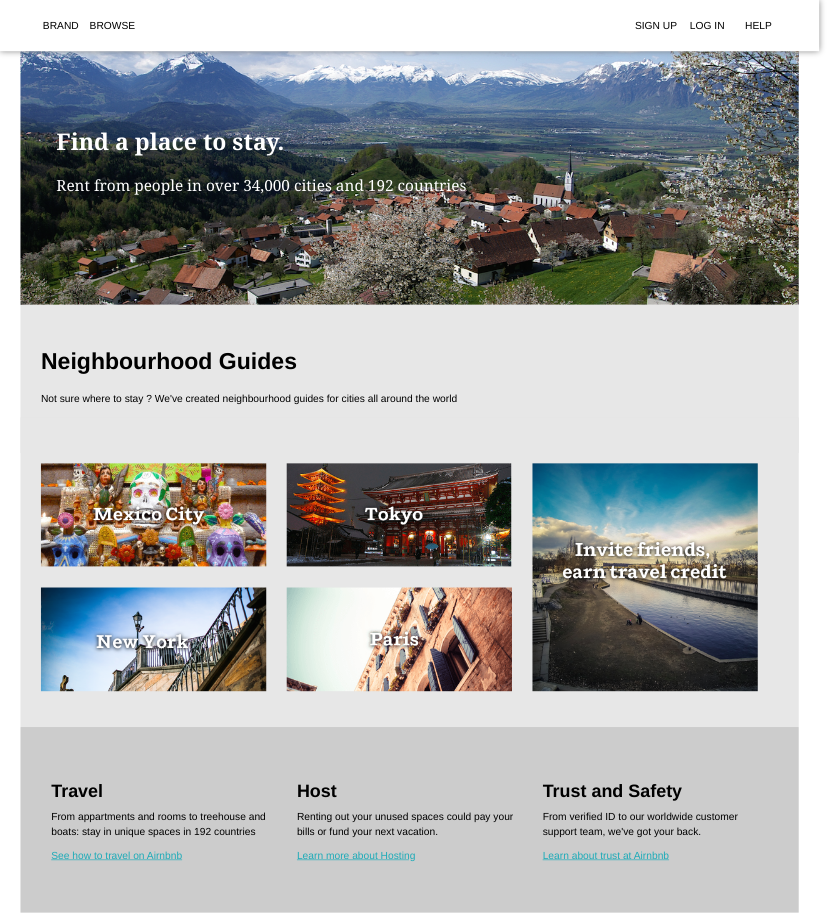
Repository: Naohonproject/web101x02-asm3
Page: Project3.html
An editor plug-in stored every save of this project. The page is shown before and after the next save, followed by the edit.
The browser window is 1280 px wide. The page is 1280 px wide, then 1304 px, then 1280 px, so the pictures cover 1304 px, including what lies to the right of the window. The pictures show the whole page, at 64% of full size.

Above is the page before, as saved 2022-01-22 18:01:29.

### Project3.html
<!-- @format -->

<!DOCTYPE html>
<html lang="en">
	<head>
		<meta charset="UTF-8" />
		<meta http-equiv="X-UA-Compatible" content="IE=edge" />
		<meta name="viewport" content="width=device-width, initial-scale=1.0" />
		<link rel="stylesheet" href="./assets/css/style.css" />

		<link rel="stylesheet" href="./assets/css/layout.css" />
		<link rel="stylesheet" href="./assets/css/responsive.css" />
		<title>Home</title>
	</head>
	<body id="web-container">
		<header id="header">
			<div class="header-wrapper">
				<div class="nav-bar">
					<div class="left-col">
						<div class="nav-item ml">
							<a href="#">Brand</a>
						</div>

						<div class="nav-item ml">
							<a href="#">Browse</a>
						</div>
					</div>

					<div class="right-col">
						<div class="nav-item ml">
							<a href="Signup.html" target="_blank">Sign Up</a>
						</div>

						<div class="nav-item ml">
							<a href="login.html" target="_blank">Log In</a>
						</div>

						<div class="nav-item ml mr">
							<a href="#" target="_blank">Help</a>
						</div>
					</div>
				</div>
			</div>
		</header>

		<div id="main" class="p-32">
			<div id="banner">
				<div class="banner-wrapper">
					<div class="content-heading">
						<h1 class="bold-text white-text">Find a place to stay.</h1>
					</div>
					<div class="content-desc">
						<p class="white-text">
							Rent from people in over 34,000 cities and 192 countries
						</p>
					</div>
				</div>
			</div>

			<div id="section">
				<div class="section-wrapper">
					<div class="section-heading">
						<h2 class="bold-text">Neighbourhood Guides</h2>
					</div>
					<div class="section-desc">
						<p>
							Not sure where to stay ? We've created neighbourhood guides for
							cities all around the world
						</p>
					</div>
				</div>
			</div>

			<div id="img-list">
				<div class="img-list-wrapper row">
					<div class="image-block col-tablet-6 col-desktop-4">
						<img
							src="./assets/img/web101x-Mexico City.png"
							alt="Mexico City"
							width="360"
						/>
						<img
							src="./assets/img/web101x-New York.png"
							alt="New York City"
							width="360"
						/>
					</div>
					<div class="image-block col-tablet-6 col-desktop-4">
						<img
							src="./assets/img/web101x-Tokyo.png"
							alt="Tokyo City"
							width="360"
						/>
						<img
							src="./assets/img/web101x-Paris.png"
							alt="Paris City"
							width="360"
						/>
					</div>
					<div class="image-block col-tablet-6 col-desktop-4">
						<img
							src="./assets/img/web101x-Invitation.png"
							alt="Invitation image"
							width="360"
						/>
					</div>
				</div>
			</div>
		</div>

		<footer id="footer" class="p-32">
			<div class="footer-wrapper row">
				<div class="footer-block col-desktop-4">
					<h3 class="bold-text">Travel</h3>
					<p>
						From appartments and rooms to treehouse and boats: stay in unique
						spaces in 192 countries
					</p>
					<a href="#">See how to travel on Airnbnb</a>
				</div>

				<div class="footer-block col-desktop-4">
					<h3 class="bold-text">Host</h3>
					<p>
						Renting out your unused spaces could pay your bills or fund your
						next vacation.
					</p>
					<a href="#">Learn more about Hosting</a>
				</div>

				<div class="footer-block col-desktop-4">
					<h3 class="bold-text">Trust and Safety</h3>
					<p>
						From verified ID to our worldwide customer support team, we've got
						your back.
					</p>
					<a href="#">Learn about trust at Airnbnb</a>
				</div>
			</div>
		</footer>
	</body>
</html>

### assets/css/style.css
/**
 * /* ======reset css======
 *
 * @format
 */

*,
::before,
::after {
	padding: 0;
	margin: 0;
	box-sizing: border-box;
	list-style-type: none;
	text-decoration: none;
	color: #000;
}

html {
	font-family: "Helvetica Neue", Helvetica, Arial;
}

.header-wrapper {
	font-size: 16px;
}

.nav-bar a {
	color: #fff;
	text-transform: uppercase;
}

img:hover {
	animation: shake 0.8s;
	animation-iteration-count: infinite;
}

@keyframes shake {
	0% {
		transform: translate(1px, 1px) rotate(0deg);
	}
	10% {
		transform: translate(-1px, -2px) rotate(-1deg);
	}
	20% {
		transform: translate(-3px, 0px) rotate(1deg);
	}
	30% {
		transform: translate(3px, 2px) rotate(0deg);
	}
	40% {
		transform: translate(1px, -1px) rotate(1deg);
	}
	50% {
		transform: translate(-1px, 2px) rotate(-1deg);
	}
	60% {
		transform: translate(-3px, 1px) rotate(0deg);
	}
	70% {
		transform: translate(3px, 1px) rotate(-1deg);
	}
	80% {
		transform: translate(-1px, -1px) rotate(1deg);
	}
	90% {
		transform: translate(1px, 2px) rotate(0deg);
	}
	100% {
		transform: translate(1px, -2px) rotate(-1deg);
	}
}

### assets/css/layout.css
/** @format */

.ml {
	margin-left: 10px;
}

.mr {
	margin-right: 10px;
}

.row {
	display: flex;
	flex-direction: row;
	flex-wrap: wrap;
}

.bold-text {
	font-size: 36px;
	font-weight: bold;
}

.row > * {
	width: 100%;
	max-width: 100%;
	flex-shrink: 0;
}

.col-1 {
	width: 8.33%;
}
.col-2 {
	width: 16.66%;
}
.col-3 {
	width: 25%;
}
.col-4 {
	width: 33.33%;
}
.col-5 {
	width: 41.66%;
}
.col-6 {
	width: 50%;
}
.col-7 {
	width: 58.33%;
}
.col-8 {
	width: 66.66%;
}
.col-9 {
	width: 75%;
}
.col-10 {
	width: 83.33%;
}
.col-11 {
	width: 91.66%;
}
.col-12 {
	width: 100%;
}

#header {
	width: 100%;
	height: 80px;
	background-color: #60646d;
	background-clip: border-box;
	position: fixed;
	left: 0;
	top: 0;
	z-index: 1;
}

.nav-bar {
	display: flex;
	flex-direction: row;
	flex-wrap: no-wrap;
	align-items: center;
	justify-content: space-evenly;
	padding: 0 20px;
}

.nav-item {
	width: 70px;
	height: 80px;
	padding: 32px 0;
	text-align: center;
}

.left-col {
	display: flex;
	flex: 2;
	flex-direction: row;
	justify-content: space-around;
	align-items: center;
}

.right-col {
	display: flex;
	flex: 3;
	flex-direction: row;
	justify-content: space-around;
	align-items: center;
}

#main {
	margin-top: 80px;
}

#main,
#footer {
	padding: 32px;
}

#banner {
	width: 100%;
	background-color: #fff;
	color: #000;
	position: relative;
	top: 0;
	left: 0;
}

div[class*="-heading"] {
	padding-top: 36px;
}

div[class*="-desc"] {
	margin-top: 16px;
}

#section {
	margin-top: 42px;
}

#img-list {
	width: 100%;
}

.img-list-wrapper {
	padding: 24px 0;
	margin: 0 auto;
}

#img-list img {
	width: 100%;
	margin-top: 56px;
}

.footer-block {
	padding: 24px 0;
}

.footer-block > * {
	padding: 16px 0;
}

#footer a {
	color: #2cc990;
	text-decoration: underline;
}

### assets/css/responsive.css
/**
 * /* ========responsive for tablet==============
 *
 * @format
 */

@media screen and (min-width: 768px) {
	#header {
		background-color: #60646d;
	}

	.nav-bar {
		padding: 0 28px;
	}

	.left-col {
		justify-content: flex-start;
	}

	.right-col {
		justify-content: flex-end;
	}

	.ml {
		margin-left: 14px;
	}

	.mr {
		margin-right: 14px;
	}

	.img-list-wrapper {
		margin: 0 -24px;
	}

	.col-tablet-1 {
		width: 8.33%;
	}
	.col-tablet-2 {
		width: 16.66%;
	}
	.col-tablet-3 {
		width: 25%;
	}
	.col-tablet-4 {
		width: 33.33%;
	}
	.col-tablet-5 {
		width: 41.66%;
	}
	.col-tablet-6 {
		width: 50%;
		padding: 0 24px;
	}
	.col-tablet-7 {
		width: 58.33%;
	}
	.col-tablet-8 {
		width: 66.66%;
	}
	.col-tablet-9 {
		width: 75%;
	}
	.col-tablet-10 {
		width: 83.33%;
	}
	.col-tablet-11 {
		width: 91.66%;
	}
	.col-tablet-12 {
		width: 100%;
	}

	#footer p {
		padding-top: 0;
	}

	#main {
		padding-bottom: 0;
	}

	#footer {
		padding-top: 0;
		padding-bottom: 0;
	}

	.footer-block {
		margin-top: 32px;
	}

	#banner {
		border-bottom: 1px solid #d4d4d4;
	}

	div[class*="-desc"] {
		padding-bottom: 32px;
	}

	#img-list {
		margin-top: -56px;
	}
}

/* ========responsive for desktop */

@media screen and (min-width: 992px) {
	#header {
		background-color: #fff;
		box-shadow: 0 0 10px gray;
	}

	#header .nav-item {
		width: 100px;
		transition: all 1s;
	}

	#header .nav-item:hover {
		background-color: #282830;
		cursor: pointer;
		transform: scale(1.1);
	}

	#header .nav-item:hover a {
		color: #fff;
	}

	.nav-bar {
		padding: 0 50px;
	}

	.left-col {
		justify-content: flex-start;
	}

	.right-col {
		justify-content: flex-end;
	}

	.ml {
		margin-left: 18px;
	}

	.mr {
		margin-right: 18px;
	}

	.nav-bar a {
		color: #000;
	}

	.col-desktop-1 {
		width: 8.33%;
	}
	.col-desktop-2 {
		width: 16.66%;
	}
	.col-desktop-3 {
		width: 25%;
	}
	.col-desktop-4 {
		width: 33.33%;
		padding: 0 16px;
	}
	.col-desktop-5 {
		width: 41.66%;
	}
	.col-desktop-6 {
		width: 50%;
	}
	.col-desktop-7 {
		width: 58.33%;
	}
	.col-desktop-8 {
		width: 66.66%;
	}
	.col-desktop-9 {
		width: 75%;
	}
	.col-desktop-10 {
		width: 83.33%;
	}
	.col-desktop-11 {
		width: 91.66%;
	}
	.col-desktop-12 {
		width: 100%;
	}

	#main {
		margin-top: -32px;
	}

	#banner {
		padding-top: 39.123607%;
		background: url(../img/banner/banner.png) top center / cover no-repeat;
		background-origin: border-box;
		border: none;
	}

	.banner-wrapper {
		position: absolute;
		top: 160px;
		left: 56px;
	}

	#banner > * {
		font-family: Georgia, "Times New Roman", Times, serif;
	}

	#banner .content-heading {
		font-size: 28px;
	}

	#banner .content-desc {
		font-size: 24px;
	}

	.white-text {
		color: #fff;
	}

	#section,
	#img-list {
		background-color: #e7e7e7;
		background-clip: border-box;
	}

	#section {
		margin-top: 0;
	}

	#img-list .img-list-wrapper {
		margin-left: -16px;
		margin-right: -16px;
		display: flex;
		width: 100%;
		height: auto;
		align-items: stretch;
	}

	.image-block {
		display: flex;
		flex-direction: column;
		justify-content: space-between;
	}

	#img-list img {
		width: 100%;
		margin-top: 16px;
	}

	#section,
	#img-list {
		padding: 32px;
		height: auto;
	}

	.footer-wrapper {
		padding: 40px 32px 80px 32px;
		background-color: #ccc;
	}

	#footer h3 {
		font-size: 28px;
	}

	#footer h3,
	p,
	a {
		padding: 12px 0px;
	}

	#footer p {
		line-height: 24px;
	}
	#footer a {
		color: #1dabb8;
	}
}

### assets/css/general.css
/**
 * /* ======reset css======
 *
 * @format
 */

*,
::before,
::after {
	padding: 0;
	margin: 0;
	box-sizing: border-box;
	list-style-type: none;
	text-decoration: none;
	color: #000;
}

html {
	font-family: "Helvetica Neue", Helvetica, Arial;
}

.header-wrapper {
	font-size: 16px;
}

.nav-bar a {
	color: #fff;
	text-transform: uppercase;
}

img:hover {
	animation: shake 0.8s;
	animation-iteration-count: infinite;
}

@keyframes shake {
	0% {
		transform: translate(1px, 1px) rotate(0deg);
	}
	10% {
		transform: translate(-1px, -2px) rotate(-1deg);
	}
	20% {
		transform: translate(-3px, 0px) rotate(1deg);
	}
	30% {
		transform: translate(3px, 2px) rotate(0deg);
	}
	40% {
		transform: translate(1px, -1px) rotate(1deg);
	}
	50% {
		transform: translate(-1px, 2px) rotate(-1deg);
	}
	60% {
		transform: translate(-3px, 1px) rotate(0deg);
	}
	70% {
		transform: translate(3px, 1px) rotate(-1deg);
	}
	80% {
		transform: translate(-1px, -1px) rotate(1deg);
	}
	90% {
		transform: translate(1px, 2px) rotate(0deg);
	}
	100% {
		transform: translate(1px, -2px) rotate(-1deg);
	}
}

After the next save:
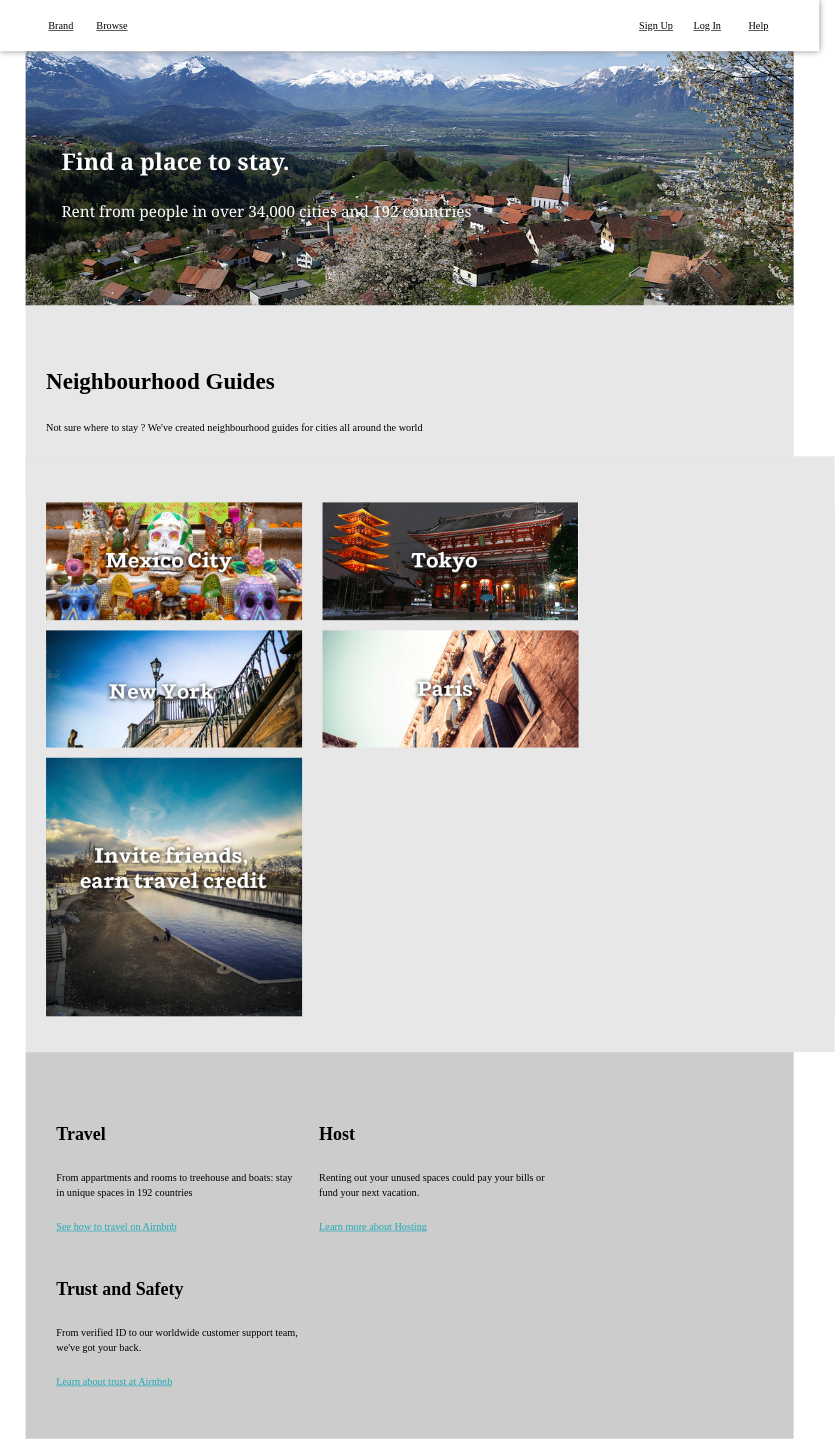
Not found: assets/css/common_style
Saved 70 s later.
--- a/Project3.html
+++ b/Project3.html
@@ -6,7 +6,7 @@
 		<meta charset="UTF-8" />
 		<meta http-equiv="X-UA-Compatible" content="IE=edge" />
 		<meta name="viewport" content="width=device-width, initial-scale=1.0" />
-		<link rel="stylesheet" href="./assets/css/style.css" />
+		<link rel="stylesheet" href="./assets/css/common_style" />
 
 		<link rel="stylesheet" href="./assets/css/layout.css" />
 		<link rel="stylesheet" href="./assets/css/responsive.css" />

After the 2 saves that followed:
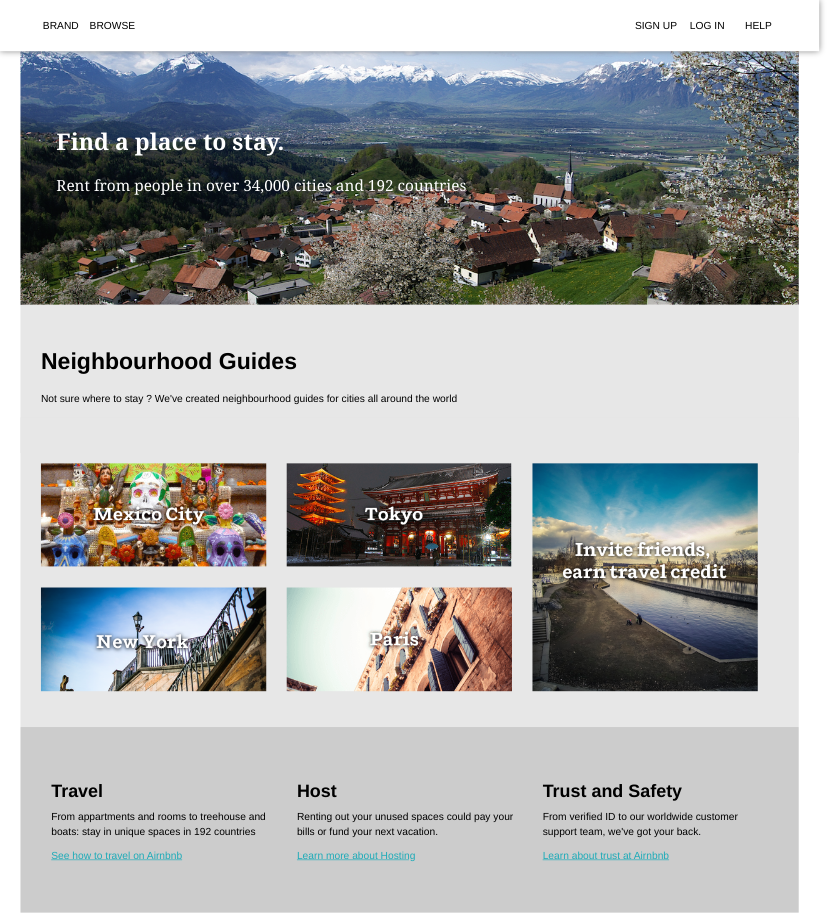
The 2 saves are shown as one change because 1 left the picture as it was.
The last was saved 36 s later.
--- a/Project3.html
+++ b/Project3.html
@@ -6,7 +6,7 @@
 		<meta charset="UTF-8" />
 		<meta http-equiv="X-UA-Compatible" content="IE=edge" />
 		<meta name="viewport" content="width=device-width, initial-scale=1.0" />
-		<link rel="stylesheet" href="./assets/css/common_style" />
+		<link rel="stylesheet" href="./assets/css/general.css" />
 
 		<link rel="stylesheet" href="./assets/css/layout.css" />
 		<link rel="stylesheet" href="./assets/css/responsive.css" />
